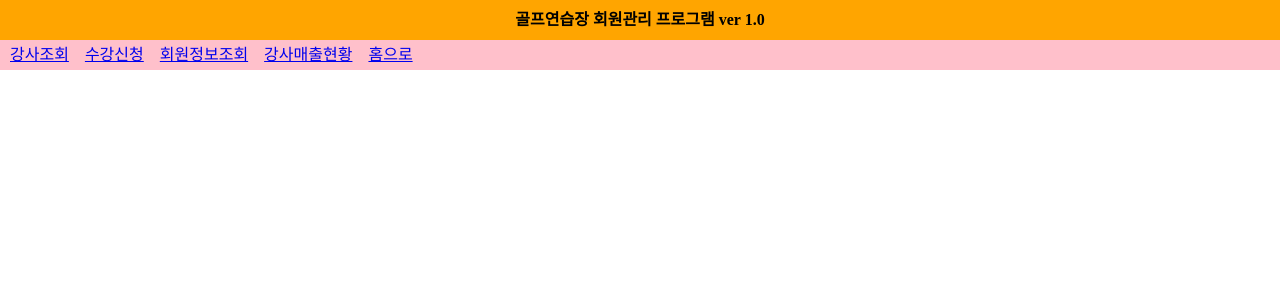
Repository: wjdwlgns1101/school_hrd
Page: http://localhost/hrd_30111_1_/
These files come from the project's save history. The page is drawn as it stood at one moment and after the next save; the edit follows.
The browser window is 1280 px wide. The pictures show the whole page.
The page is served by Tomcat 9.

Above is the page before, as saved 2024-05-06 13:52:45.

After the next save:
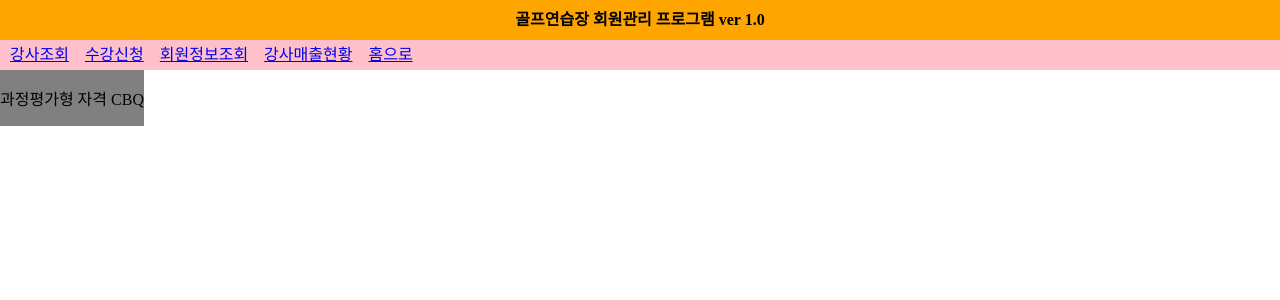
Saved 11 s later.
--- a/hrd_30111_(1)/hrd_30111(1)/src/main/webapp/index.jsp
+++ b/hrd_30111_(1)/hrd_30111(1)/src/main/webapp/index.jsp
@@ -8,7 +8,7 @@
 </head>
 <body>
 <jsp:include page="header.jsp"></jsp:include>
-<section style="background-color: gray; top: 70px; text-align: center; left: 0; ">
+<section style="position: fixed; background-color: gray; top: 70px; text-align: center; left: 0; ">
 <p>과정평가형 자격 CBQ<p>
 
 
